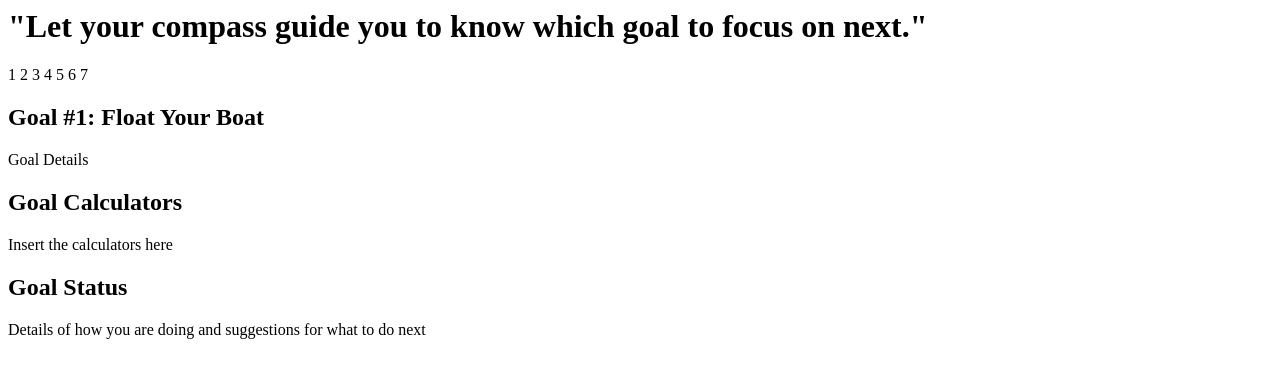
Repository: DevZubair/ionic-test
Page: www/templates/compass.html
The author's editor kept a record of every edit. The page is drawn from the files as they stood at one moment, then again after the next edit.
The browser window is 1280 px wide. The pictures show the whole page.

Above is the page before.

### www/templates/compass.html
<ion-view view-title="Compass">
  <ion-content>
    <h1>"Let your compass guide you to know which goal to focus on next."</h1>
     <div class="button-bar button-assertive button-inset">
      <a class="button">1</a>
      <a class="button">2</a>
      <a class="button">3</a>
      <a class="button">4</a>
      <a class="button">5</a>
      <a class="button">6</a>
      <a class="button">7</a>
    </div>

    <div class="card">
      <div class="item item-divider">
        <h2>Goal #1: Float Your Boat</h2>
      </div>
      <div class="item item-text-wrap">
        <p>Goal Details </p>
      </div>

      <div class="item item-divider">
        <h2>Goal Calculators</h2>
      </div>
      <div class="item item-text-wrap">
        <p>Insert the calculators here </p>
      </div>

      <div class="item item-divider">
        <h2>Goal Status</h2>
      </div>
      <div class="item item-text-wrap">
        <p>Details of how you are doing and suggestions for what to do next </p>
      </div>
    </div>

  </ion-content>
</ion-view>

After the next edit:
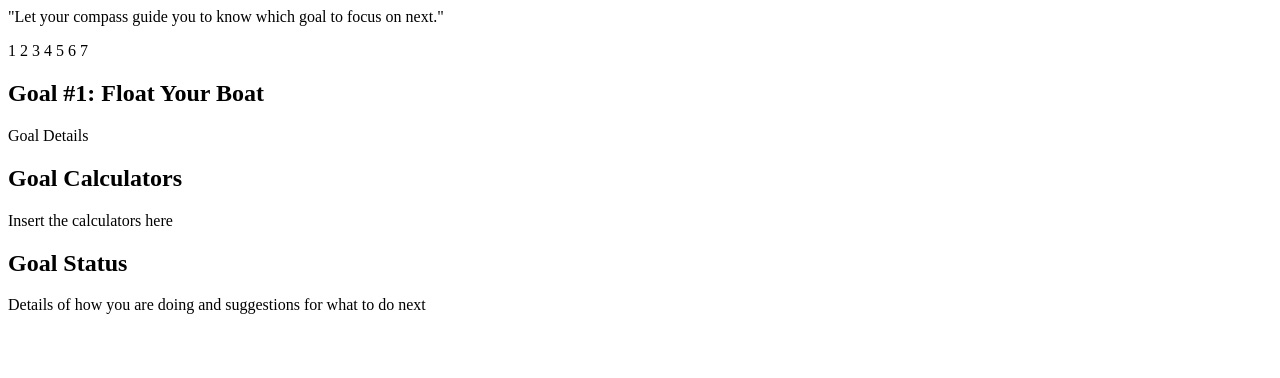
The edit:
--- a/www/templates/compass.html
+++ b/www/templates/compass.html
@@ -1,14 +1,14 @@
 <ion-view view-title="Compass">
   <ion-content>
-    <h1>"Let your compass guide you to know which goal to focus on next."</h1>
-     <div class="button-bar button-assertive button-inset">
-      <a class="button">1</a>
-      <a class="button">2</a>
-      <a class="button">3</a>
-      <a class="button">4</a>
-      <a class="button">5</a>
-      <a class="button">6</a>
-      <a class="button">7</a>
+    <p class="padding">"Let your compass guide you to know which goal to focus on next."</p>
+     <div class="button-bar button-inset">
+      <a class="button button-assertive">1</a>
+      <a class="button button-assertive">2</a>
+      <a class="button button-assertive">3</a>
+      <a class="button button-assertive">4</a>
+      <a class="button button-assertive">5</a>
+      <a class="button button-assertive">6</a>
+      <a class="button button-assertive">7</a>
     </div>
 
     <div class="card">
